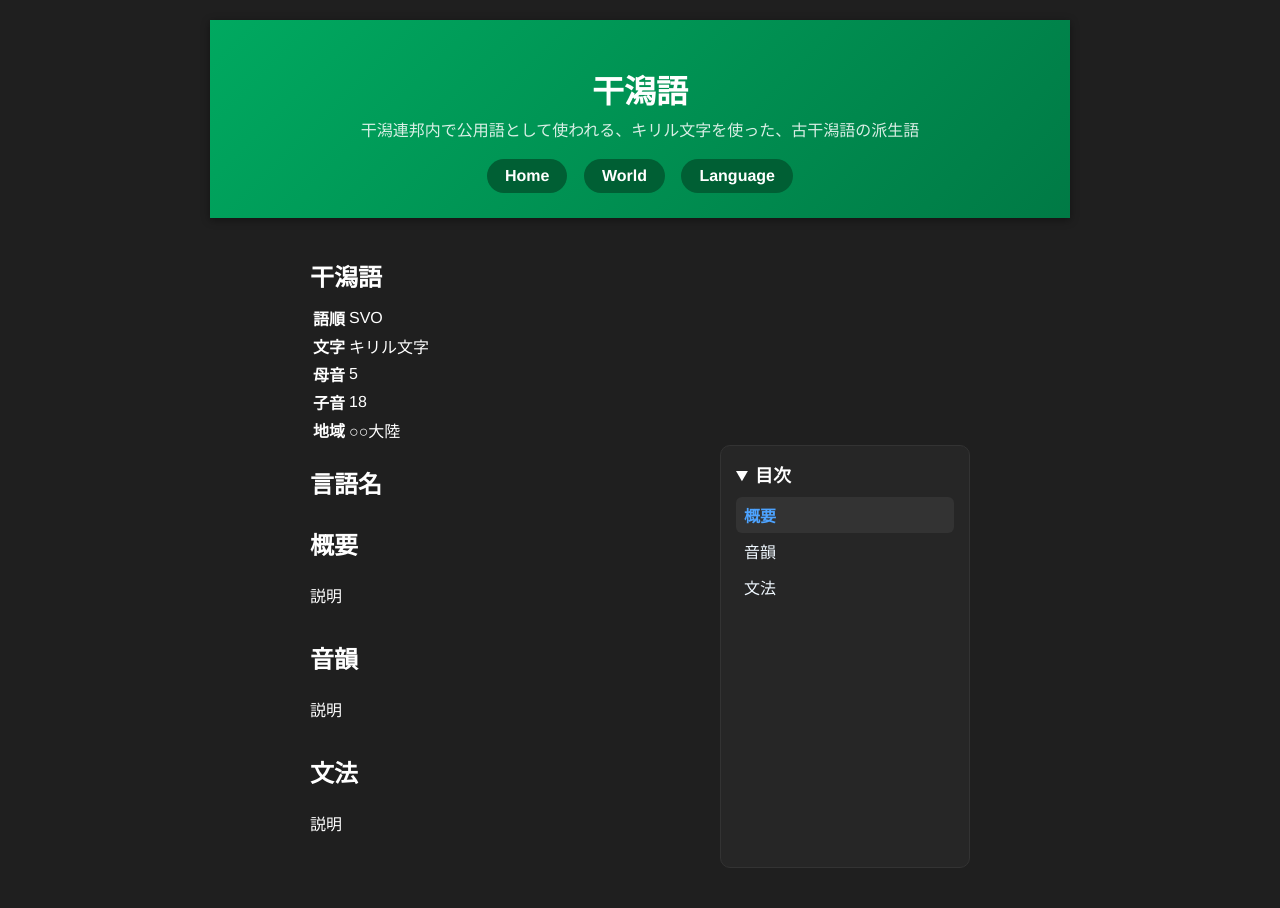
Repository: Player5270-antake/Player5270-antake.github.io
Page: language/hagalen/index.html
These files come from the project's save history. The page is drawn as it stood at one moment and after the next save; the edit follows.
The browser window is 1280 px wide. The pictures show the whole page.

Above is the page before, as saved 2026-03-08 14:46:35.

After the next save:
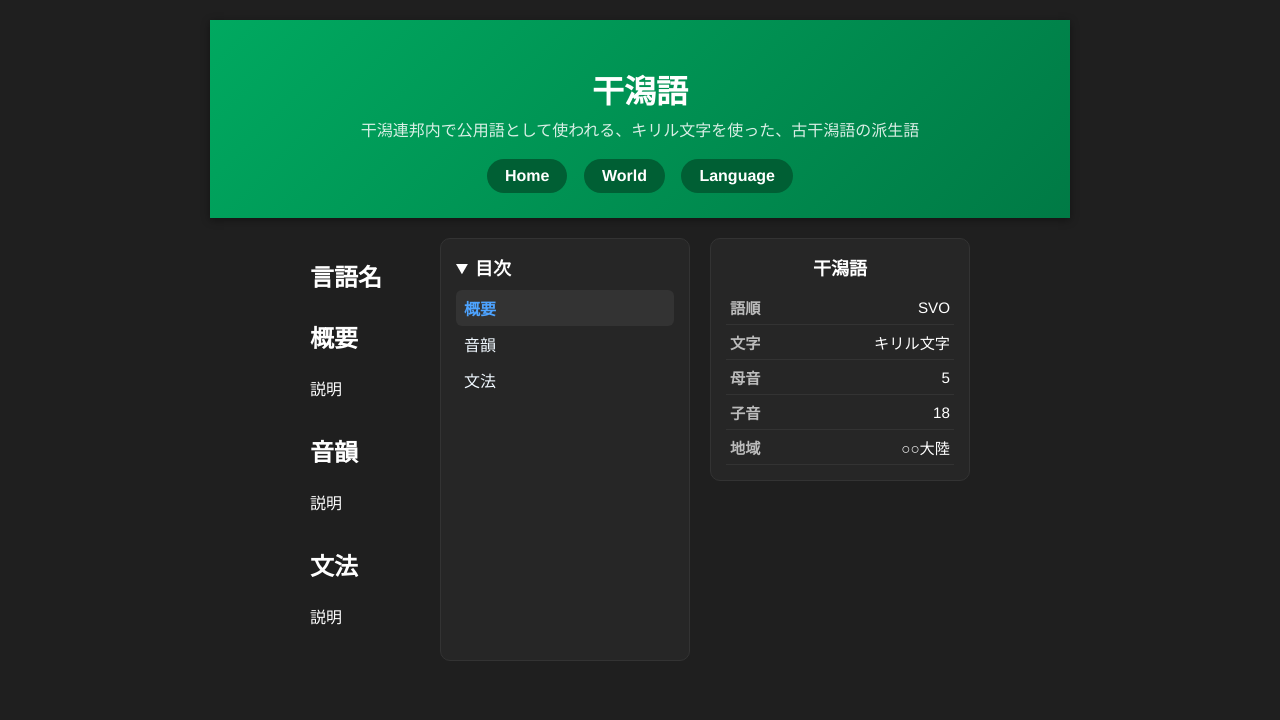
Saved 58 s later.
--- a/css/style.css
+++ b/css/style.css
@@ -222,6 +222,47 @@ footer{
     line-height:1.7;
 }
 
+/*ページ補足情報*/
+.infobox{
+    float:right;
+    width:260px;
+
+    background:#262626;
+    border:1px solid #333;
+    border-radius:10px;
+
+    padding:15px;
+    margin:0 0 20px 20px;
+
+    font-size:0.95em;
+}
+
+.infobox h2{
+    margin-top:0;
+    font-size:18px;
+    text-align:center;
+}
+
+.infobox table{
+    width:100%;
+    border-collapse:collapse;
+}
+
+.infobox th,
+.infobox td{
+    padding:6px 4px;
+    border-bottom:1px solid #333;
+}
+
+.infobox th{
+    text-align:left;
+    color:#bbb;
+}
+
+.infobox td{
+    text-align:right;
+}
+
 /*スマホ向け*/
 @media (max-width:900px){
 
